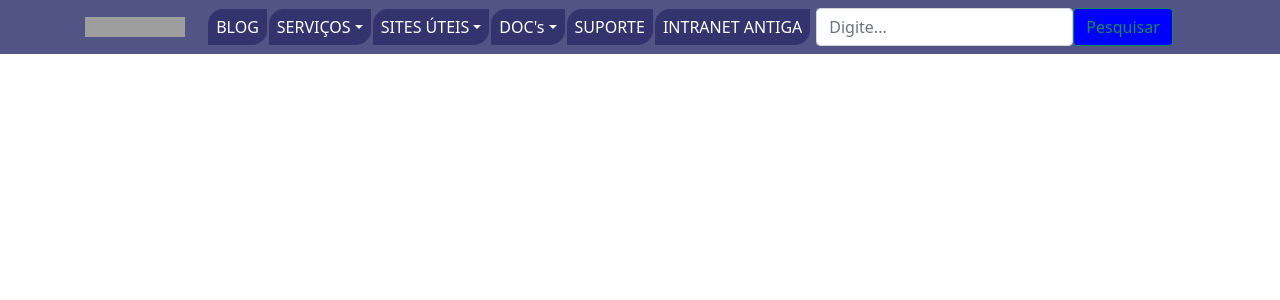
Repository: Leandromarim/INTRANET_PARTICULAR
Page: header.html
An editor plug-in stored every save of this project. The page is shown before and after the next save, followed by the edit.
The browser window is 1280 px wide. The pictures show the whole page.
Pictures or frames that could not be fetched are drawn as grey boxes.

Above is the page before, as saved 2021-12-14 10:52:57.

After the next save:
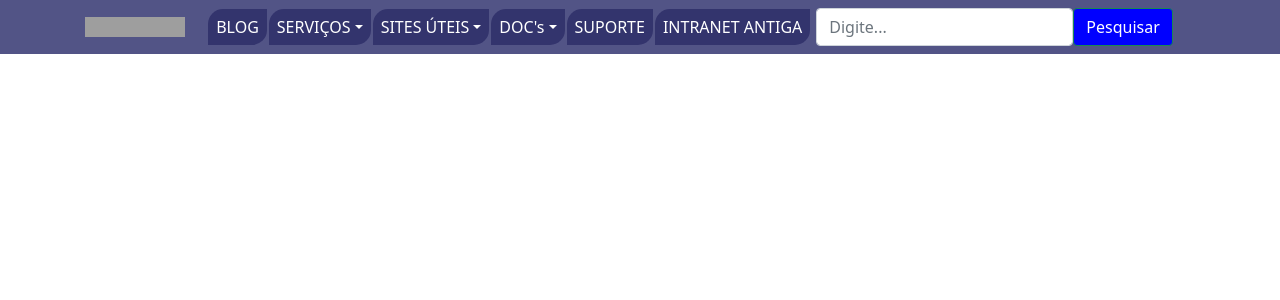
Saved 5 s later.
--- a/header.html
+++ b/header.html
@@ -94,7 +94,7 @@
                 </li>
                 <form class="d-flex">
                     <input class="form-control mr-sm-2" type="search" placeholder="Digite..." aria-label="Search">
-                    <button class="btn btn-outline-success button-pesquisar" type="submit">Pesquisar</button>
+                    <button class="btn btn-success button-pesquisar" type="submit">Pesquisar</button>
                 </form>
             </ul>
         </section>
